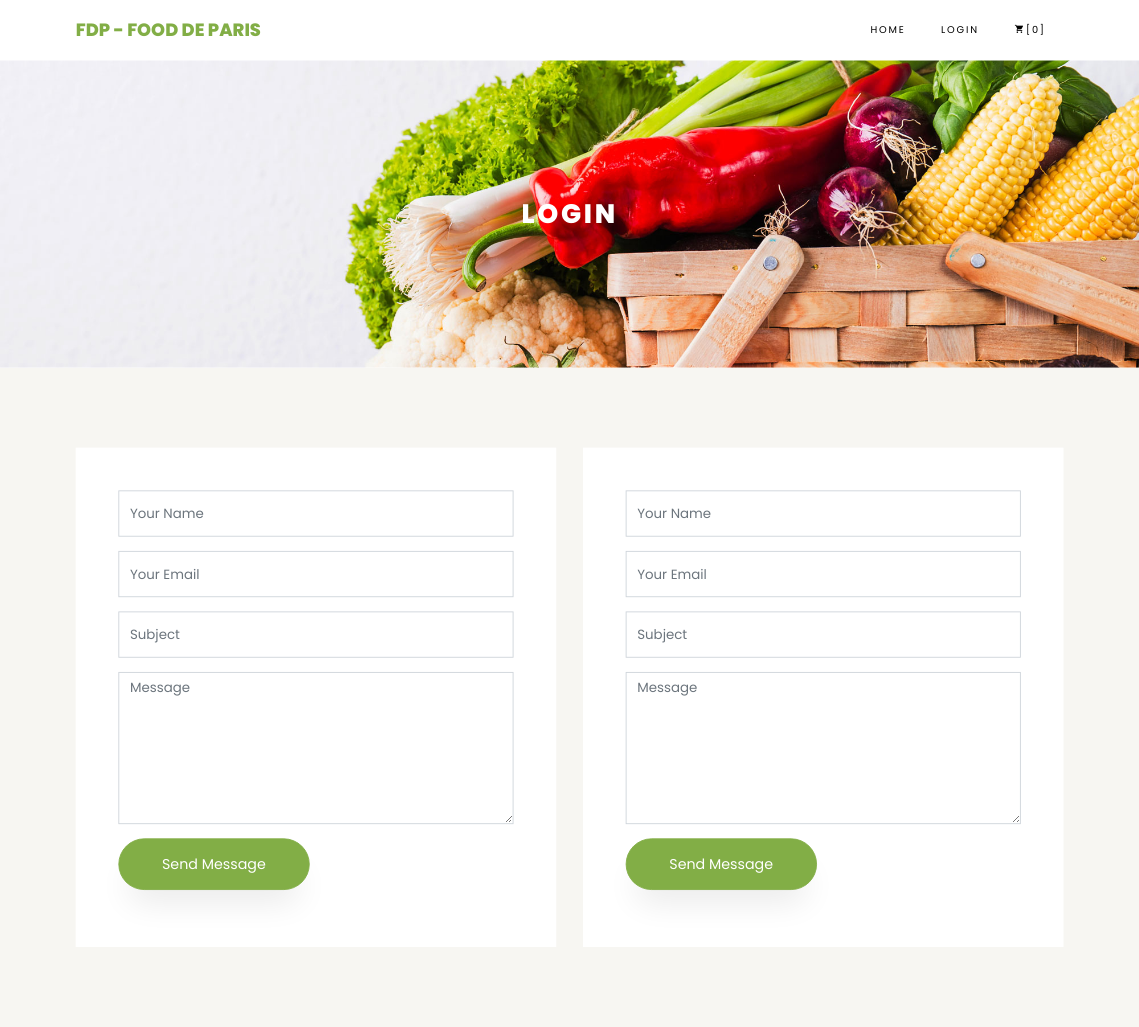
Repository: MacCampers/java-stuff
Page: workspaceJSP/projetRestaurant/WebContent/login.html
The author's editor kept a copy of each file at every save. The page is drawn from the files as they stood at one save, then again after the next save.
The browser window is 1280 px wide. The pictures show the whole page, at 89% of full size.
Some web fonts or font styles are not loaded; a fallback is used.

Above is the page before, as saved 2020-02-07 14:11:06.

### workspaceJSP/projetRestaurant/WebContent/login.html
<!DOCTYPE html>
<html lang="en">
<head>
<title>FDP - Food De Paris</title>
<meta charset="utf-8">
<meta name="viewport"
	content="width=device-width, initial-scale=1, shrink-to-fit=no">
<link
	href="https://fonts.googleapis.com/css?family=Poppins:200,300,400,500,600,700,800&display=swap"
	rel="stylesheet">
<link
	href="https://fonts.googleapis.com/css?family=Lora:400,400i,700,700i&display=swap"
	rel="stylesheet">
<link
	href="https://fonts.googleapis.com/css?family=Amatic+SC:400,700&display=swap"
	rel="stylesheet">
<link rel="stylesheet" href="css/open-iconic-bootstrap.min.css">
<link rel="stylesheet" href="css/animate.css">
<link rel="stylesheet" href="css/owl.carousel.min.css">
<link rel="stylesheet" href="css/owl.theme.default.min.css">
<link rel="stylesheet" href="css/magnific-popup.css">
<link rel="stylesheet" href="css/aos.css">
<link rel="stylesheet" href="css/ionicons.min.css">
<link rel="stylesheet" href="css/bootstrap-datepicker.css">
<link rel="stylesheet" href="css/jquery.timepicker.css">
<link rel="stylesheet" href="css/flaticon.css">
<link rel="stylesheet" href="css/icomoon.css">
<link rel="stylesheet" href="css/style.css">
</head>
<body class="goto-here">

	<nav
		class="navbar navbar-expand-lg navbar-dark ftco_navbar bg-dark ftco-navbar-light"
		id="ftco-navbar">
		<div class="container">
			<a class="navbar-brand" href="index.html">FDP - Food De Paris</a>
			<button class="navbar-toggler" type="button" data-toggle="collapse"
				data-target="#ftco-nav" aria-controls="ftco-nav"
				aria-expanded="false" aria-label="Toggle navigation">
				<span class="oi oi-menu"></span> Menu
			</button>

			<div class="collapse navbar-collapse" id="ftco-nav">
				<ul class="navbar-nav ml-auto">
					<li class="nav-item active"><a href="index.html"
						class="nav-link">Home</a></li>
					<li class="nav-item active"><a href="login.html"
						class="nav-link">Login</a></li>

					<li class="nav-item cta cta-colored"><a href="cart.html"
						class="nav-link"><span class="icon-shopping_cart"></span>[0]</a></li>

				</ul>
			</div>
		</div>
	</nav>
	<!-- END nav -->

	<div class="hero-wrap hero-bread"
		style="background-image: url('images/bg_1.jpg');">
		<div class="container">
			<div
				class="row no-gutters slider-text align-items-center justify-content-center">
				<div class="col-md-9 ftco-animate text-center">
					<h1 class="mb-0 bread">Login</h1>
				</div>
			</div>
		</div>
	</div>

	<section class="ftco-section contact-section bg-light">
		<div class="container">


			<div class="row block-9">
				<div class="col-md-6 order-md-last d-flex">
					<form action="#" class="bg-white p-5 contact-form">
						<div class="form-group">
							<input type="text" class="form-control" placeholder="Your Name">
						</div>
						<div class="form-group">
							<input type="text" class="form-control" placeholder="Your Email">
						</div>
						<div class="form-group">
							<input type="text" class="form-control" placeholder="Subject">
						</div>
						<div class="form-group">
							<textarea name="" id="" cols="30" rows="7" class="form-control"
								placeholder="Message"></textarea>
						</div>
						<div class="form-group">
							<input type="submit" value="Send Message"
								class="btn btn-primary py-3 px-5">
						</div>
					</form>

				</div>

							<div class="col-md-6 order-md-last d-flex">
					<form action="#" class="bg-white p-5 contact-form">
						<div class="form-group">
							<input type="text" class="form-control" placeholder="Your Name">
						</div>
						<div class="form-group">
							<input type="text" class="form-control" placeholder="Your Email">
						</div>
						<div class="form-group">
							<input type="text" class="form-control" placeholder="Subject">
						</div>
						<div class="form-group">
							<textarea name="" id="" cols="30" rows="7" class="form-control"
								placeholder="Message"></textarea>
						</div>
						<div class="form-group">
							<input type="submit" value="Send Message"
								class="btn btn-primary py-3 px-5">
						</div>
					</form>

				</div>
			</div>
		</div>
	</section>


	<!-- loader -->
	<div id="ftco-loader" class="show fullscreen">
		<svg class="circular" width="48px" height="48px">
			<circle class="path-bg" cx="24" cy="24" r="22" fill="none"
				stroke-width="4" stroke="#eeeeee" />
			<circle class="path" cx="24" cy="24" r="22" fill="none"
				stroke-width="4" stroke-miterlimit="10" stroke="#F96D00" /></svg>
	</div>


	<script src="js/jquery.min.js"></script>
	<script src="js/jquery-migrate-3.0.1.min.js"></script>
	<script src="js/popper.min.js"></script>
	<script src="js/bootstrap.min.js"></script>
	<script src="js/jquery.easing.1.3.js"></script>
	<script src="js/jquery.waypoints.min.js"></script>
	<script src="js/jquery.stellar.min.js"></script>
	<script src="js/owl.carousel.min.js"></script>
	<script src="js/jquery.magnific-popup.min.js"></script>
	<script src="js/aos.js"></script>
	<script src="js/jquery.animateNumber.min.js"></script>
	<script src="js/bootstrap-datepicker.js"></script>
	<script src="js/scrollax.min.js"></script>
	<script src="js/main.js"></script>

</body>
</html>

### workspaceJSP/projetRestaurant/WebContent/js/main.js
 AOS.init({
 	duration: 800,
 	easing: 'slide'
 });

(function($) {

	"use strict";

	var isMobile = {
		Android: function() {
			return navigator.userAgent.match(/Android/i);
		},
			BlackBerry: function() {
			return navigator.userAgent.match(/BlackBerry/i);
		},
			iOS: function() {
			return navigator.userAgent.match(/iPhone|iPad|iPod/i);
		},
			Opera: function() {
			return navigator.userAgent.match(/Opera Mini/i);
		},
			Windows: function() {
			return navigator.userAgent.match(/IEMobile/i);
		},
			any: function() {
			return (isMobile.Android() || isMobile.BlackBerry() || isMobile.iOS() || isMobile.Opera() || isMobile.Windows());
		}
	};


	$(window).stellar({
    responsive: true,
    parallaxBackgrounds: true,
    parallaxElements: true,
    horizontalScrolling: false,
    hideDistantElements: false,
    scrollProperty: 'scroll'
  });


	var fullHeight = function() {

		$('.js-fullheight').css('height', $(window).height());
		$(window).resize(function(){
			$('.js-fullheight').css('height', $(window).height());
		});

	};
	fullHeight();

	// loader
	var loader = function() {
		setTimeout(function() {
			if($('#ftco-loader').length > 0) {
				$('#ftco-loader').removeClass('show');
			}
		}, 1);
	};
	loader();

	// Scrollax
   $.Scrollax();

	var carousel = function() {
		$('.home-slider').owlCarousel({
	    loop:true,
	    autoplay: true,
	    margin:0,
	    animateOut: 'fadeOut',
	    animateIn: 'fadeIn',
	    nav:false,
	    autoplayHoverPause: false,
	    items: 1,
	    navText : ["<span class='ion-md-arrow-back'></span>","<span class='ion-chevron-right'></span>"],
	    responsive:{
	      0:{
	        items:1
	      },
	      600:{
	        items:1
	      },
	      1000:{
	        items:1
	      }
	    }
		});

		$('.carousel-testimony').owlCarousel({
			center: true,
			loop: true,
			items:1,
			margin: 30,
			stagePadding: 0,
			nav: false,
			navText: ['<span class="ion-ios-arrow-back">', '<span class="ion-ios-arrow-forward">'],
			responsive:{
				0:{
					items: 1
				},
				600:{
					items: 3
				},
				1000:{
					items: 3
				}
			}
		});

	};
	carousel();

	$('nav .dropdown').hover(function(){
		var $this = $(this);
		// 	 timer;
		// clearTimeout(timer);
		$this.addClass('show');
		$this.find('> a').attr('aria-expanded', true);
		// $this.find('.dropdown-menu').addClass('animated-fast fadeInUp show');
		$this.find('.dropdown-menu').addClass('show');
	}, function(){
		var $this = $(this);
			// timer;
		// timer = setTimeout(function(){
			$this.removeClass('show');
			$this.find('> a').attr('aria-expanded', false);
			// $this.find('.dropdown-menu').removeClass('animated-fast fadeInUp show');
			$this.find('.dropdown-menu').removeClass('show');
		// }, 100);
	});


	$('#dropdown04').on('show.bs.dropdown', function () {
	  console.log('show');
	});

	// scroll
	var scrollWindow = function() {
		$(window).scroll(function(){
			var $w = $(this),
					st = $w.scrollTop(),
					navbar = $('.ftco_navbar'),
					sd = $('.js-scroll-wrap');

			if (st > 150) {
				if ( !navbar.hasClass('scrolled') ) {
					navbar.addClass('scrolled');
				}
			}
			if (st < 150) {
				if ( navbar.hasClass('scrolled') ) {
					navbar.removeClass('scrolled sleep');
				}
			}
			if ( st > 350 ) {
				if ( !navbar.hasClass('awake') ) {
					navbar.addClass('awake');
				}

				if(sd.length > 0) {
					sd.addClass('sleep');
				}
			}
			if ( st < 350 ) {
				if ( navbar.hasClass('awake') ) {
					navbar.removeClass('awake');
					navbar.addClass('sleep');
				}
				if(sd.length > 0) {
					sd.removeClass('sleep');
				}
			}
		});
	};
	scrollWindow();


	var counter = function() {

		$('#section-counter').waypoint( function( direction ) {

			if( direction === 'down' && !$(this.element).hasClass('ftco-animated') ) {

				var comma_separator_number_step = $.animateNumber.numberStepFactories.separator(',')
				$('.number').each(function(){
					var $this = $(this),
						num = $this.data('number');
						console.log(num);
					$this.animateNumber(
					  {
					    number: num,
					    numberStep: comma_separator_number_step
					  }, 7000
					);
				});

			}

		} , { offset: '95%' } );

	}
	counter();

	var contentWayPoint = function() {
		var i = 0;
		$('.ftco-animate').waypoint( function( direction ) {

			if( direction === 'down' && !$(this.element).hasClass('ftco-animated') ) {

				i++;

				$(this.element).addClass('item-animate');
				setTimeout(function(){

					$('body .ftco-animate.item-animate').each(function(k){
						var el = $(this);
						setTimeout( function () {
							var effect = el.data('animate-effect');
							if ( effect === 'fadeIn') {
								el.addClass('fadeIn ftco-animated');
							} else if ( effect === 'fadeInLeft') {
								el.addClass('fadeInLeft ftco-animated');
							} else if ( effect === 'fadeInRight') {
								el.addClass('fadeInRight ftco-animated');
							} else {
								el.addClass('fadeInUp ftco-animated');
							}
							el.removeClass('item-animate');
						},  k * 50, 'easeInOutExpo' );
					});

				}, 100);

			}

		} , { offset: '95%' } );
	};
	contentWayPoint();


	// navigation
	var OnePageNav = function() {
		$(".smoothscroll[href^='#'], #ftco-nav ul li a[href^='#']").on('click', function(e) {
		 	e.preventDefault();

		 	var hash = this.hash,
		 			navToggler = $('.navbar-toggler');
		 	$('html, body').animate({
		    scrollTop: $(hash).offset().top
		  }, 700, 'easeInOutExpo', function(){
		    window.location.hash = hash;
		  });


		  if ( navToggler.is(':visible') ) {
		  	navToggler.click();
		  }
		});
		$('body').on('activate.bs.scrollspy', function () {
		  console.log('nice');
		})
	};
	OnePageNav();


	// magnific popup
	$('.image-popup').magnificPopup({
    type: 'image',
    closeOnContentClick: true,
    closeBtnInside: false,
    fixedContentPos: true,
    mainClass: 'mfp-no-margins mfp-with-zoom', // class to remove default margin from left and right side
     gallery: {
      enabled: true,
      navigateByImgClick: true,
      preload: [0,1] // Will preload 0 - before current, and 1 after the current image
    },
    image: {
      verticalFit: true
    },
    zoom: {
      enabled: true,
      duration: 300 // don't foget to change the duration also in CSS
    }
  });

  $('.popup-youtube, .popup-vimeo, .popup-gmaps').magnificPopup({
    disableOn: 700,
    type: 'iframe',
    mainClass: 'mfp-fade',
    removalDelay: 160,
    preloader: false,

    fixedContentPos: false
  });



	var goHere = function() {

		$('.mouse-icon').on('click', function(event){

			event.preventDefault();

			$('html,body').animate({
				scrollTop: $('.goto-here').offset().top
			}, 500, 'easeInOutExpo');

			return false;
		});
	};
	goHere();


	function makeTimer() {

		var endTime = new Date("21 December 2019 9:56:00 GMT+01:00");
		endTime = (Date.parse(endTime) / 1000);

		var now = new Date();
		now = (Date.parse(now) / 1000);

		var timeLeft = endTime - now;

		var days = Math.floor(timeLeft / 86400);
		var hours = Math.floor((timeLeft - (days * 86400)) / 3600);
		var minutes = Math.floor((timeLeft - (days * 86400) - (hours * 3600 )) / 60);
		var seconds = Math.floor((timeLeft - (days * 86400) - (hours * 3600) - (minutes * 60)));

		if (hours < "10") { hours = "0" + hours; }
		if (minutes < "10") { minutes = "0" + minutes; }
		if (seconds < "10") { seconds = "0" + seconds; }

		$("#days").html(days + "<span>Days</span>");
		$("#hours").html(hours + "<span>Hours</span>");
		$("#minutes").html(minutes + "<span>Minutes</span>");
		$("#seconds").html(seconds + "<span>Seconds</span>");

}

setInterval(function() { makeTimer(); }, 1000);



})(jQuery);

Loaded but not shown: workspaceJSP/projetRestaurant/WebContent/css/open-iconic-bootstrap.min.css (library); workspaceJSP/projetRestaurant/WebContent/css/animate.css (library); workspaceJSP/projetRestaurant/WebContent/css/owl.carousel.min.css (library); workspaceJSP/projetRestaurant/WebContent/css/owl.theme.default.min.css (common file); workspaceJSP/projetRestaurant/WebContent/css/magnific-popup.css (library); workspaceJSP/projetRestaurant/WebContent/css/aos.css (library); workspaceJSP/projetRestaurant/WebContent/css/ionicons.min.css (library); workspaceJSP/projetRestaurant/WebContent/css/bootstrap-datepicker.css (library); workspaceJSP/projetRestaurant/WebContent/css/jquery.timepicker.css (common file); workspaceJSP/projetRestaurant/WebContent/css/flaticon.css (common file); workspaceJSP/projetRestaurant/WebContent/css/icomoon.css (common file); workspaceJSP/projetRestaurant/WebContent/css/style.css (library); workspaceJSP/projetRestaurant/WebContent/js/jquery.min.js (library); workspaceJSP/projetRestaurant/WebContent/js/jquery-migrate-3.0.1.min.js (library); workspaceJSP/projetRestaurant/WebContent/js/popper.min.js (library); workspaceJSP/projetRestaurant/WebContent/js/bootstrap.min.js (library); workspaceJSP/projetRestaurant/WebContent/js/jquery.easing.1.3.js (library); workspaceJSP/projetRestaurant/WebContent/js/jquery.waypoints.min.js (library); workspaceJSP/projetRestaurant/WebContent/js/jquery.stellar.min.js (library); workspaceJSP/projetRestaurant/WebContent/js/owl.carousel.min.js (library); workspaceJSP/projetRestaurant/WebContent/js/jquery.magnific-popup.min.js (library); workspaceJSP/projetRestaurant/WebContent/js/aos.js (library); workspaceJSP/projetRestaurant/WebContent/js/jquery.animateNumber.min.js (common file); workspaceJSP/projetRestaurant/WebContent/js/bootstrap-datepicker.js (library); workspaceJSP/projetRestaurant/WebContent/js/scrollax.min.js (library)

After the next save:
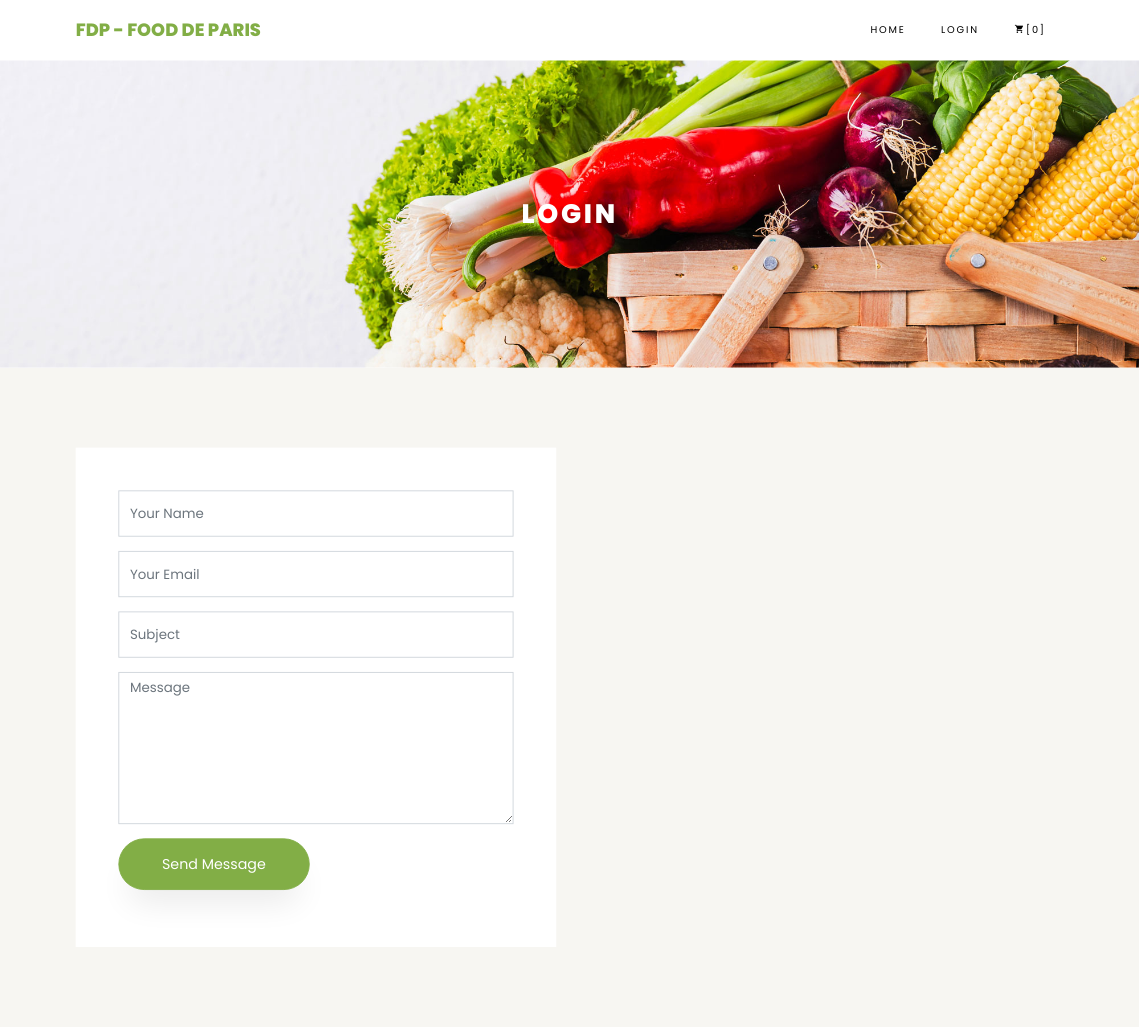
Saved 26 s later.
--- a/workspaceJSP/projetRestaurant/WebContent/login.html
+++ b/workspaceJSP/projetRestaurant/WebContent/login.html
@@ -73,28 +73,6 @@
 
 
 			<div class="row block-9">
-				<div class="col-md-6 order-md-last d-flex">
-					<form action="#" class="bg-white p-5 contact-form">
-						<div class="form-group">
-							<input type="text" class="form-control" placeholder="Your Name">
-						</div>
-						<div class="form-group">
-							<input type="text" class="form-control" placeholder="Your Email">
-						</div>
-						<div class="form-group">
-							<input type="text" class="form-control" placeholder="Subject">
-						</div>
-						<div class="form-group">
-							<textarea name="" id="" cols="30" rows="7" class="form-control"
-								placeholder="Message"></textarea>
-						</div>
-						<div class="form-group">
-							<input type="submit" value="Send Message"
-								class="btn btn-primary py-3 px-5">
-						</div>
-					</form>
-
-				</div>
 
 							<div class="col-md-6 order-md-last d-flex">
 					<form action="#" class="bg-white p-5 contact-form">
